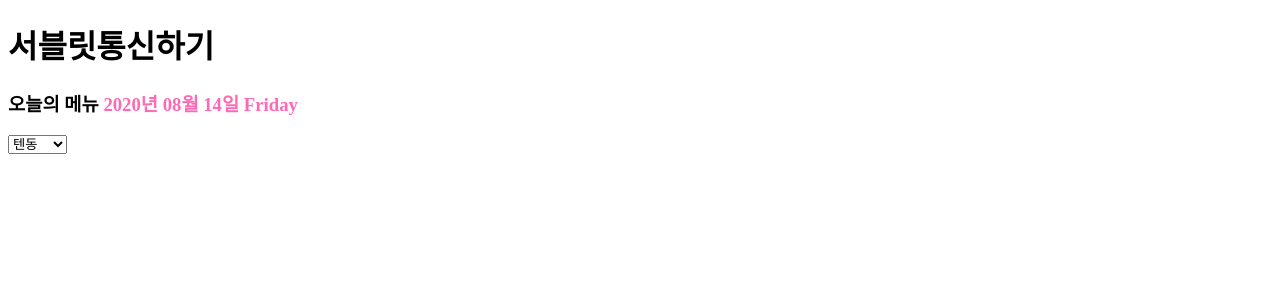
Repository: DuhanMo/servlet-jsp-practice
Page: http://localhost/jspProject/views/04_LunchMenuSelect.jsp
The author's editor kept a copy of each file at every save. The page is drawn from the files as they stood at one save, then again after the next save.
The browser window is 1280 px wide. The pictures show the whole page.
The page is served by Tomcat 9. Other server files are loaded and not shown.

Above is the page before, as saved 2020-08-14 08:18:25.

### jspProject/WebContent/views/04_LunchMenuSelect.jsp
<%@ page language="java" contentType="text/html; charset=UTF-8"
    pageEncoding="UTF-8"%>
<!DOCTYPE html>
<html>
<head>
<meta charset="UTF-8">
<title>jsp 테스트4</title>
</head>
<body>
	<h1>서블릿통신하기</h1>
	<h3>오늘의 메뉴
		<%@ include file="common/today.jsp"%></h3>
		<form action="/jsp/menuOrder.do" method="get">
			<select>
				<option value="텐동">텐동</option>
				<option value="피자">피자</option>
				<option value="햄버거">햄버거</option>
				<option value="커리">커리</option>
				<option value="양꼬치">양꼬치</option>
			</select>
		</form>
</body>
</html>

### jspProject/WebContent/views/common/today.jsp
<%@ page language="java" contentType="text/html; charset=UTF-8"
    pageEncoding="UTF-8"%>
<%@ page import="java.util.*"%>
    <%
	Date now = new Date();
	String today = String.format("%tY년 %tm월 %td일 %tA", now, now, now, now);
%>

<span style="color: hotpink;"><%=today%></span>

After the next save:
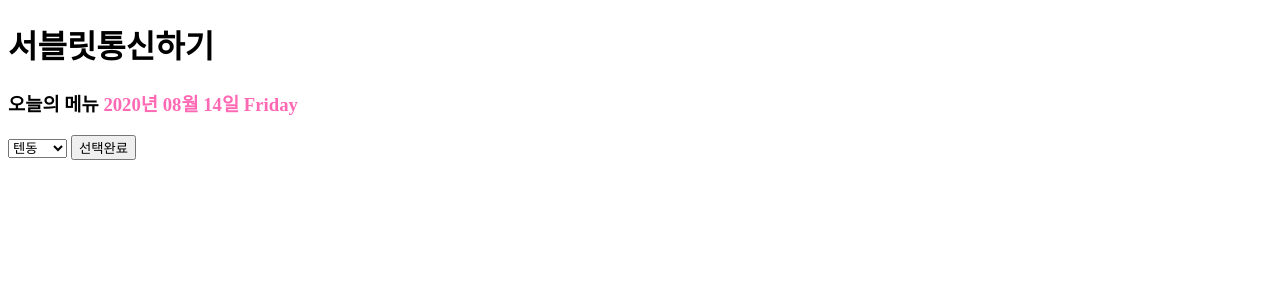
Saved 4 min 9 s later.
--- a/jspProject/WebContent/views/04_LunchMenuSelect.jsp
+++ b/jspProject/WebContent/views/04_LunchMenuSelect.jsp
@@ -18,6 +18,7 @@
 				<option value="커리">커리</option>
 				<option value="양꼬치">양꼬치</option>
 			</select>
+			<button type="submit">선택완료</button>
 		</form>
 </body>
 </html>
